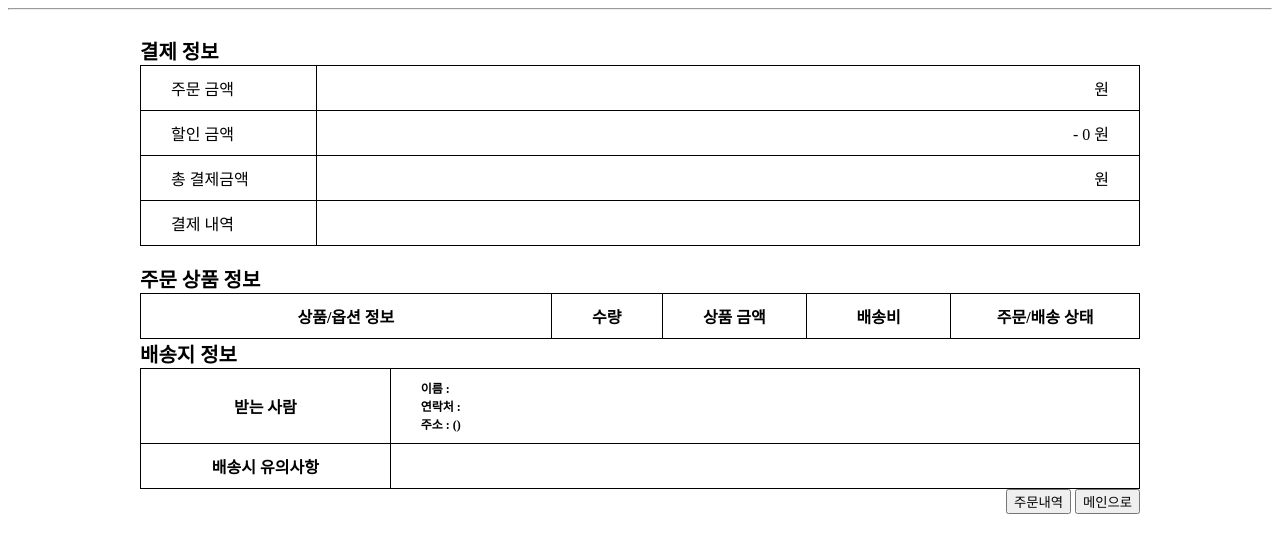
Repository: fellownew/project_workspace
Page: http://localhost/shoppingmall/WEB-INF/view/body/member/member_order_complete.jsp
The author's editor kept a copy of each file at every save. The page is drawn from the files as they stood at one save, then again after the next save.
The browser window is 1280 px wide. The pictures show the whole page.
The page is served by Tomcat 9. Nobody is signed in. Other server files are loaded and not shown. The template is opened directly, without the code that normally fills it, so the values that code supplies are empty.

Above is the page before, as saved 2015-06-16 04:27:04.

### shoppingmall/WebContent/WEB-INF/view/body/member/member_order_complete.jsp
<%@ page contentType="text/html; charset=UTF-8"%>
<%@ taglib prefix="c" uri="http://java.sun.com/jsp/jstl/core" %>
<%@ taglib prefix="fmt" uri="http://java.sun.com/jsp/jstl/fmt"%>
<!DOCTYPE html>
<html>
<head>
<meta charset="UTF-8">
<link rel="stylesheet" type="text/css" href="<%=request.getContextPath()%>/css/order.css">
<title>Insert title here</title>
<script type="text/javascript" src="<%=request.getContextPath()%>/script/jquery.js"></script>
<script type="text/javascript">
$(document).ready(function(){
	var abcd = '${requestScope.list}';

	history.pushState(null, null, location.href);
	window.onpopstate = function(event) {
		history.go(1);
	};

	//뒤로가기 & F5 누르면 alert 창 띄움
	//window.onbeforeunload = function() { return "이동하시겠습니까?"; };
	$(document).keydown(function(){
		 if (event.keyCode == 8 || event.keyCode == 116) {
		  event.keyCode==0;
		  event.cancelBubble = true;
		  event.returnValue = false;
		  return false;
		}
	});

	$("#order").on("click",function(){

		location = "/taommall/auth/completeList.do";
	});

});


history.navigationMode = 'compatible';
function cfHistoryNoBack(){
    if (window.history) {
    //모든 브라우저에서 호출
    //window.history.forward(1);
    window.history.forward(1);
    }
}

	function home(){
		location = "/taommall";
	}

	function volumeorder(productId,amount){
		$.ajax({
			url:"/taommall/auth/updateVolumeOfOrder.do",
			type:"POST",
			data:{"productId":productId,"amount":amount},
			dataType:"text",
			success:function(res){
			},
			error:function(a,b,c){
				alert("주문 처리중 문제가 생겼습니다. 관리자에게 문의해주세요.");
			}
		});
	}
</script>

</head>
<body>

<hr>

	<table class="center">
		<caption style="text-align: left; font-weight: bold; font-size: 20px">결제 정보</caption><br>

			<tr>
				<td style="width:120px">주문 금액</td>
				<td style="text-align:right; width:800px" id="orderPrice"><fmt:formatNumber value="${requestScope.price}"/>원</td>
			</tr>
			<tr>
				<td>할인 금액</td>
				<td align="right">- 0 원</td>
			</tr>
			<tr>
				<td>총 결제금액</td>
				<td align="right" id="sumPrice"><fmt:formatNumber value="${requestScope.price}"/>원</td>
			</tr>
			<tr>
				<td>결제 내역</td>
				<td align="right"> ${requestScope.list[0].recipient.context} ${requestScope.list[0].recipient.result} ${requestScope.name }</td>
			</tr>

	</table>

	<table class="center">
		<colgroup>
				<col width="37%">
				<col width="10%">
				<col width="13%">
				<col width="13%">
				<col width="17%">
		</colgroup>
		<caption style="text-align: left; font-weight: bold; font-size: 20px">주문 상품 정보</caption><br>
			<tr>
				<th style="width:120px; text-align:center">상품/옵션 정보</th>
				<th style="width:100px; text-align:center">수량</th>
				<th style="width:150px; text-align:center">상품 금액</th>
				<th style="width:100px; text-align:center">배송비</th>
				<th style="width:200px; text-align:center">주문/배송 상태</th>
			</tr>
			<c:forEach items="${requestScope.list}" var="order">
			<tr>
				<td style="text-align:left">
					<div style="float: left">
						<script type="text/javascript">
							volumeorder("${order.product.productId }","${order.amount}");
						</script>
					<img src="<%=request.getContextPath()%>/${order.product.imagePath}" style="width: 100px;height: 100px; "/>
					</div>
					<div class="productName" style="padding-left: 120px"><font size="3">${order.product.productName }</font></div><br>
					<div class="productInfo" style="padding-left: 120px"><font size="2">${order.product.productInfo }</font></div>
				</td>
				<td style="text-align:center">${order.amount}</td>
				<td style="text-align:right"><fmt:formatNumber value="${order.product.productPrice}"/>원</td>
				<td style="text-align:center">무료</td>
				<td style="text-align:center">${order.status}</td>
			</tr>
			</c:forEach>
		</table>

		<table class="center">
		<colgroup>
		<col width="25%">
		<col width="75%">
		</colgroup>
		<caption style="text-align:left; font-weight:bold; font-size:20px">배송지 정보</caption>
			<tr>
				<th style="width:120px; text-align:center" rowspan="1">받는 사람</th>
				<th style="text-align:left">
					<div class="productName">이름 : ${requestScope.list[0].recipient.name}</div>
					<div class="productName">연락처 : ${requestScope.list[0].recipient.phone }</div>
					<div class="productName">주소 : (${requestScope.list[0].recipient.address.postcode }) ${requestScope.list[0].recipient.address.addressDetails }</div>
				</th>
			</tr>
			<tr>
				<th style="width:120px; text-align:center">배송시 유의사항</th>
				<td style="text-align:left">
				<div class="productName">${requestScope.list[0].recipient.detail }</div>
				</td>
			</tr>
			<caption style="text-align:right" align="bottom">
				<button id="order" >주문내역</button>
				<button onClick="home()">메인으로</button>
			</caption>
		</table><br>
</body>
</html>

### shoppingmall/WebContent/css/order.css
div {
	font: 17px "맑은 고딕", 돋움;
}

td, th {
	padding: 10px 30px;
}

table, td, th {
	border: 1px #000 solid;
	border-collapse: collapse;		//서로 이웃하는 테이블이나 셀의 테두리선을 겹쳐서 표현
}
.productName{
font-weight : bold;
font-size:12px;

}
.productInfo{
font-size:10px;

}
.center {
 width:1000px;
 margin:0 auto;
}

Loaded but not shown: shoppingmall/WebContent/script/jquery.js (library)

After the next save:
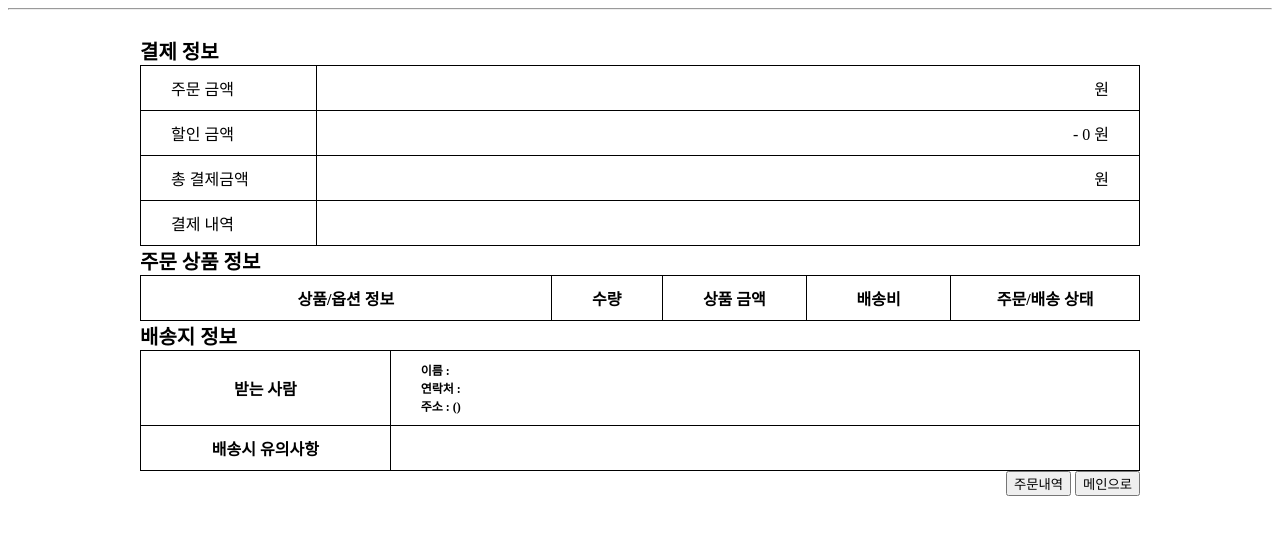
Saved 17 s later.
--- a/shoppingmall/WebContent/WEB-INF/view/body/member/member_order_complete.jsp
+++ b/shoppingmall/WebContent/WEB-INF/view/body/member/member_order_complete.jsp
@@ -99,7 +99,7 @@ function cfHistoryNoBack(){
 				<col width="13%">
 				<col width="17%">
 		</colgroup>
-		<caption style="text-align: left; font-weight: bold; font-size: 20px">주문 상품 정보</caption><br>
+		<caption style="text-align: left; font-weight: bold; font-size: 20px">주문 상품 정보</caption>
 			<tr>
 				<th style="width:120px; text-align:center">상품/옵션 정보</th>
 				<th style="width:100px; text-align:center">수량</th>
